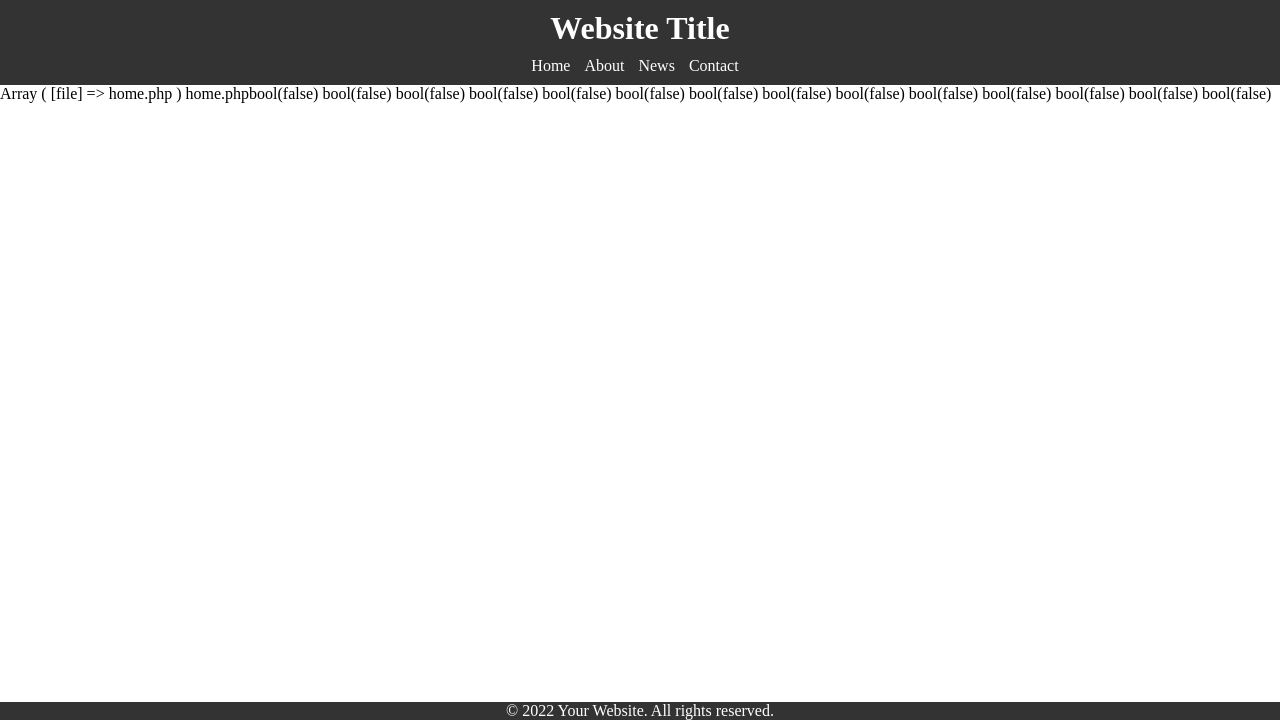
Repository: KHANHD192/Docker_lab
Page: http://localhost/?file=home.php
These files come from the project's save history. The page is drawn as it stood at one moment and after the next save; the edit follows.
The browser window is 1280 px wide. The pictures show the whole page.
The page is run by PHP 8.4 with error messages shown; the project is at /var/www/html/.

Above is the page before, as saved 2024-04-08 17:02:53.

After the next save:
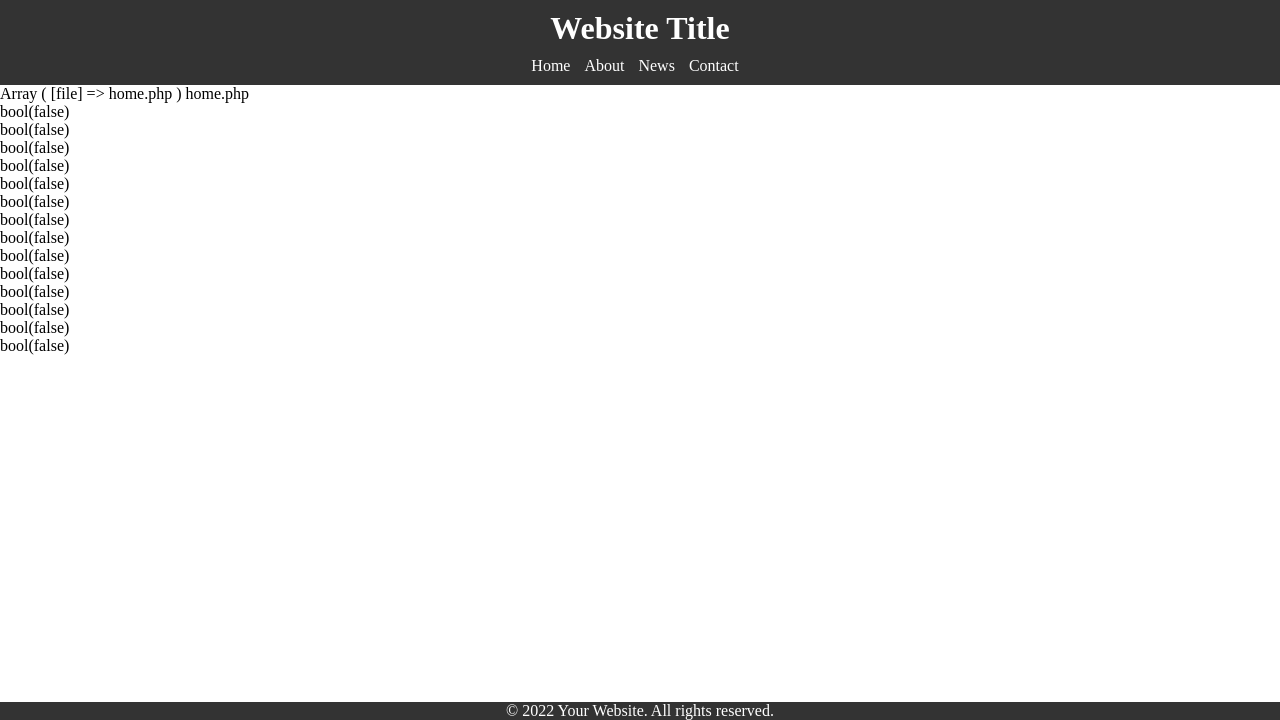
Saved 16 s later.
--- a/src/index.php
+++ b/src/index.php
@@ -90,6 +90,7 @@
         echo $path;
         foreach($black_list as $item){
              if(stripos($path,$item) >= 0 ){
+                echo "</br>";
                 var_dump(stripos($path,$item));
                 //  echo "1";
              }
